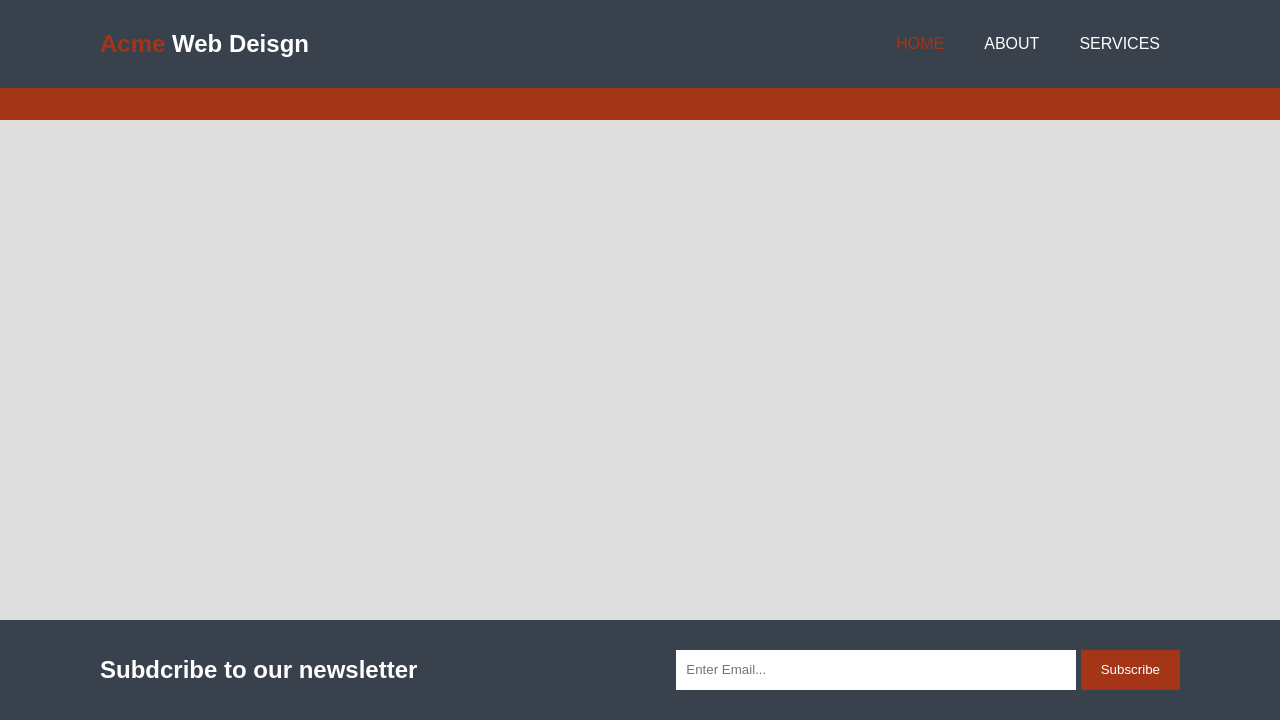
Repository: pawelczubak/Ideas
Page: service.html
These files come from the project's save history. The page is drawn as it stood at one moment and after the next save; the edit follows.
The browser window is 1280 px wide. The pictures show the whole page.
Some web libraries are served in a nearby version.

Above is the page before, as saved 2020-04-26 15:33:52.

### service.html
<!DOCTYPE html>
<html lang="en">
<head>
    <meta charset="UTF-8">
    <meta name="viewport" content="width=device-width, initial-scale=1.0">
    <link href="https://fonts.googleapis.com/css2?family=Josefin+Sans&display=swap" rel="stylesheet">
    <script src="https://kit.fontawesome.com/f64caa1a2c.js" crossorigin="anonymous"></script>
    <link rel="stylesheet" href="main.css">
    <title>Service</title>
</head>
<body>
    <nav class="nav">
        <div class="nav__container">
            <h1 class="nav__logo">
                <spam class="nav__logo-color">Acme</spam> Web Deisgn
            </h1>
            <ul class="nav__list">
                <li class="nav__item"><a href="index.html" class="nav__link nav__link--active">Home</a></li>
                <li class="nav__item"><a href="#" class="nav__link">About</a></li>
                <li class="nav__item"><a href="#" class="nav__link">Services</a></li>
            </ul>
        </div>
    </nav>
<header class="subscribe-bar__service-container">
    <section class="subscribe-bar">
        <div class="subscribe-bar__container">
            <h2 class="subscribe-bar__description">Subdcribe to our newsletter</h2>
            <form action="GET" class="subscribe-bar__form">
                <input placeholder="Enter Email..." type="email" name="email" required class="subscribe-bar__input"
                    autocomplete="off" />
                <button class="subscribe-bar__button" formenctype="multipart/form-data"
                    type="submit">Subscribe</button>
            </form>
        </div>

    </section>
</header>

 <footer class="footer">
        <p class="footer__description">Acme Web Design, Copyright copy 2017</p>
    </footer>
</body>
</html>

### main.css
*,
*::before,
*::after {
    margin: 0;
    padding: 0;
    box-sizing: border-box;
    list-style: none;
    text-decoration: none;

}

/*Gobal*/
body {
    background: #dddddd;
    font-family: sans-serif;
    color: #ffffff;
    width: 100vw;
    overflow-x: hidden;
}

/*--------   nav  --------*/
.nav {
    position: fixed;
    width: 100%;
    top: 0;
    left: 0;
    background: #39414c;
    border-bottom: 4px solid #a43517;
    z-index: 4;
}

.nav__container {
    display: flex;
    justify-content: space-between;
    align-items: center;
    max-width: 1600px;
    padding: 30px 100px;
    margin: auto;
}



.nav__logo-color {
    color: #a43517;
}

.nav__list {
    display: flex;
}

.nav__item {
    padding: 0 20px;
}

.nav__link {
    text-transform: uppercase;
    color: #ffffff;
}

.nav__link--active {
    color: #a43517;
}

.nav__link:hover {
    color: #a43517;
}

/*---------   header   ----------*/

.header {
    margin-top: 90px;
    position: relative;
    background: center / cover url(img/header-bg.jpg);
    height: 550px;

}

.header::before {
    position: absolute;
    content: "";
    top: 0;
    left: 0;
    height: 100%;
    width: 100%;
    background-color: rgba(50, 95, 156, .5);
    z-index: 1;
}


.header__container {
    position: absolute;
    max-width: 1600px;
    top: 0;
    left: 50%;
    margin-right: -50%;
    transform: translateX(-50%);
    z-index: 2;


}

.header__motto {
    max-width: 1600px;
    display: block;
    font-size: 50px;
    text-align: center;
    padding: 130px 0 50px;

}

.header__description {
    padding-bottom: 200px;
    line-height: 30px;
    text-align: center;
    margin: 0 100px;
}

.subscribe-bar {
    position: absolute;
    bottom: 0;
    left: 0;
    z-index: 2;
    background: #39414c;
    width: 100%;

}

.subscribe-bar__container {
    display: flex;
    max-width: 1600px;
    margin: auto;
    padding: 30px 100px;
    justify-content: space-between;
    align-items: center;
}






.subscribe-bar__input {
    height: 40px;
    width: 400px;
    border: none;
    padding-left: 10px;
}

.subscribe-bar__button {
    background-color: #a43517;
    border: none;
    color: #ffffff;
    padding: 0 20px;
    line-height: 40px;
}

.subscribe-bar__button:hover {
    background: #b94929;
}

/*---------   main   ----------*/

.main__container {
    display: flex;
    max-width: 1600px;
    padding: 0 100px;
    margin: auto;
    justify-content: space-around;
}

.article {
    display: flex;
    flex-direction: column;
    align-items: center;
    color: #000000;
}

.article__img {
    height: 200px;
    padding: 40px 0;
}



.article__description {
    padding: 40px 10px;
    line-height: 25px;
    width: 400px;
    text-align: center;
}

/*---------   footer   ----------*/

.footer {
    width: 100%;
    margin-top: 20px;
    background: #a43517;
}

.footer__description {
    text-align: center;
    line-height: 100px;
}





/*---------   madia query   ----------*/

@media only screen and (max-width: 1200px) {

    /*---------   header   ----------*/
    .header {
        height: 570px;
    }

    /*---------   header   ----------*/
    .subscribe-bar__container {
        flex-direction: column;
        padding: 20px 20px 30px 20px;
    }

    .subscribe-bar__description {
        padding-bottom: 20px;
    }

    .subscribe-bar__input {
        width: 250px;
    }

    /*---------   main   ----------*/
    .main__container {
        flex-flow: wrap;
    }
}

@media only screen and (max-width: 800px) {

    /*----------   nav  ------*/
    .nav__container {
        flex-direction: column;
        padding: 20px 0;
    }

    .nav__logo {
        padding-bottom: 20px;
    }

    /*---------   header   ----------*/
    .header {
        height: 600px;
        margin-top: 110px;
    }

    .header__motto {
        font-size: 30px;

        padding: 90px 10px 40px 10px;

    }

    .header__description {
        margin: 0 10px;
    }
}

@media only screen and (max-width: 400px) {
    /*---------   header   ----------*/

    .subscribe-bar__input {

        width: 90vw;

    }

    .subscribe-bar__button {
        width: 90vw;
    }

    /*---------   main   ----------*/
    .article__description {
        padding: 40px 10px;

        width: 90vw;

    }
}

@media only screen and (max-width: 400px) {

    /*---------   header   ----------*/
    .header {
        height: 650px;
    }

    .subscribe-bar__description {
        font-size: 20px;
    }
}

After the next save:
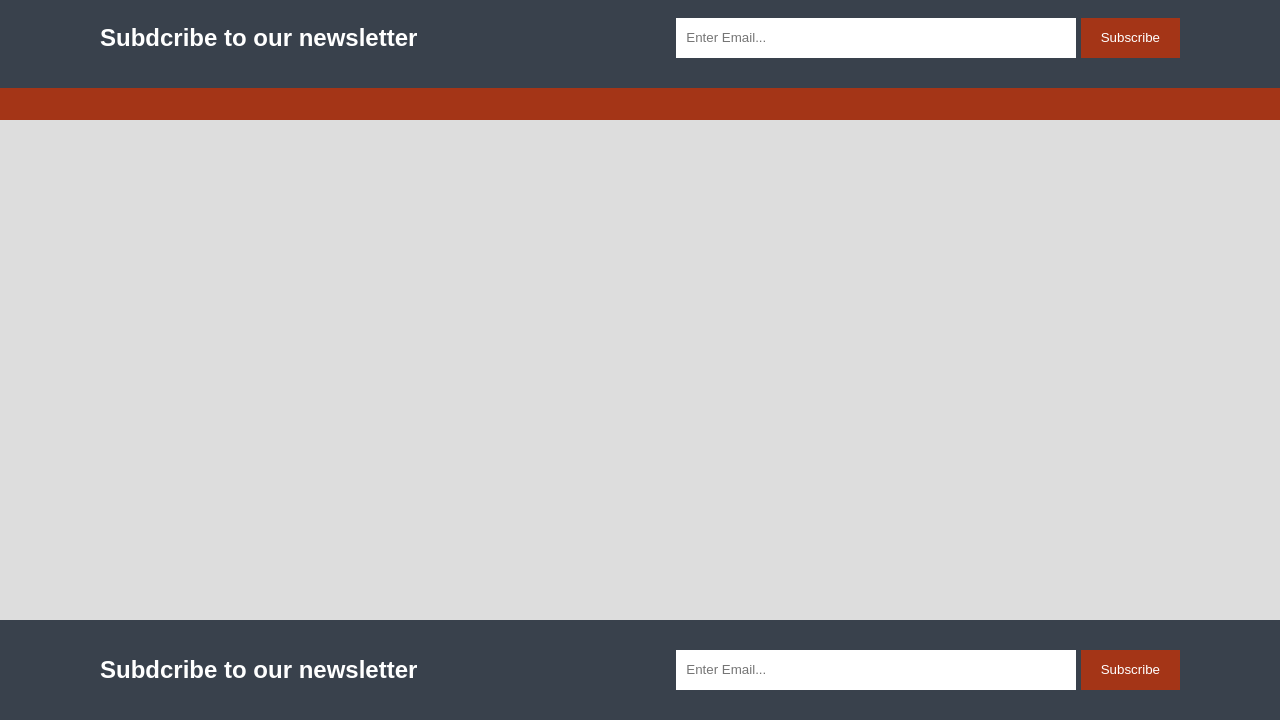
Saved 101 min 14 s later.
--- a/service.html
+++ b/service.html
@@ -1,5 +1,6 @@
 <!DOCTYPE html>
 <html lang="en">
+
 <head>
     <meta charset="UTF-8">
     <meta name="viewport" content="width=device-width, initial-scale=1.0">
@@ -8,6 +9,7 @@
     <link rel="stylesheet" href="main.css">
     <title>Service</title>
 </head>
+
 <body>
     <nav class="nav">
         <div class="nav__container">
@@ -20,24 +22,37 @@
                 <li class="nav__item"><a href="#" class="nav__link">Services</a></li>
             </ul>
         </div>
+        <section class="subscribe-bar">
+            <div class="subscribe-bar__container">
+                <h2 class="subscribe-bar__description">Subdcribe to our newsletter</h2>
+                <form action="GET" class="subscribe-bar__form">
+                    <input placeholder="Enter Email..." type="email" name="email" required class="subscribe-bar__input"
+                        autocomplete="off" />
+                    <button class="subscribe-bar__button" formenctype="multipart/form-data"
+                        type="submit">Subscribe</button>
+                </form>
+            </div>
+
+        </section>
     </nav>
-<header class="subscribe-bar__service-container">
-    <section class="subscribe-bar">
-        <div class="subscribe-bar__container">
-            <h2 class="subscribe-bar__description">Subdcribe to our newsletter</h2>
-            <form action="GET" class="subscribe-bar__form">
-                <input placeholder="Enter Email..." type="email" name="email" required class="subscribe-bar__input"
-                    autocomplete="off" />
-                <button class="subscribe-bar__button" formenctype="multipart/form-data"
-                    type="submit">Subscribe</button>
-            </form>
-        </div>
+    <header class="subscribe-bar__service-container">
+        <section class="subscribe-bar">
+            <div class="subscribe-bar__container">
+                <h2 class="subscribe-bar__description">Subdcribe to our newsletter</h2>
+                <form action="GET" class="subscribe-bar__form">
+                    <input placeholder="Enter Email..." type="email" name="email" required class="subscribe-bar__input"
+                        autocomplete="off" />
+                    <button class="subscribe-bar__button" formenctype="multipart/form-data"
+                        type="submit">Subscribe</button>
+                </form>
+            </div>
 
-    </section>
-</header>
+        </section>
+    </header>
 
- <footer class="footer">
+    <footer class="footer">
         <p class="footer__description">Acme Web Design, Copyright copy 2017</p>
     </footer>
 </body>
+
 </html>
